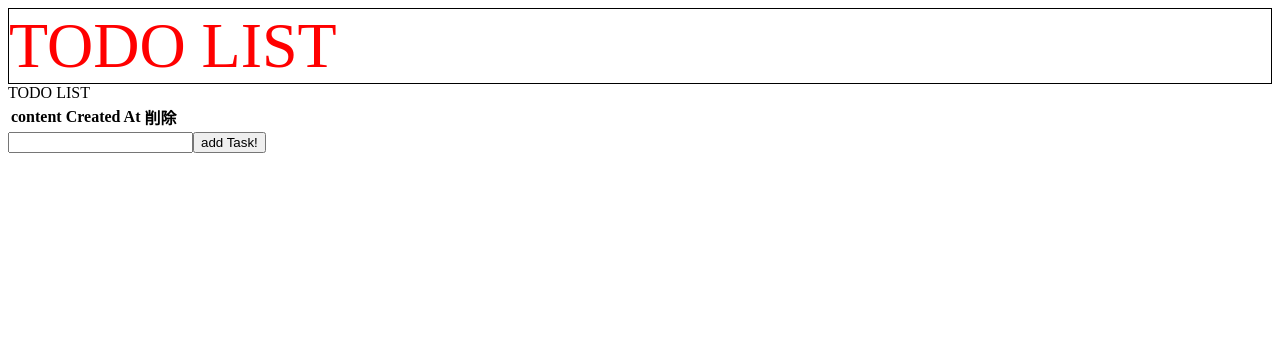
Repository: WistreHosshii/hacathon_todolList
Page: /
The author's editor kept a copy of each file at every save. The page is drawn from the files as they stood at one save, then again after the next save.
The browser window is 1280 px wide. The pictures show the whole page.
The page's requests for data from a server got no answer. The project was rebuilt for these pictures with package versions that can differ from the ones it lists, and the page was loaded fresh each time. No one was signed in, and anything a server would have sent is missing.

Above is the page before, as saved 2019-06-10 23:50:29.

After the next save:
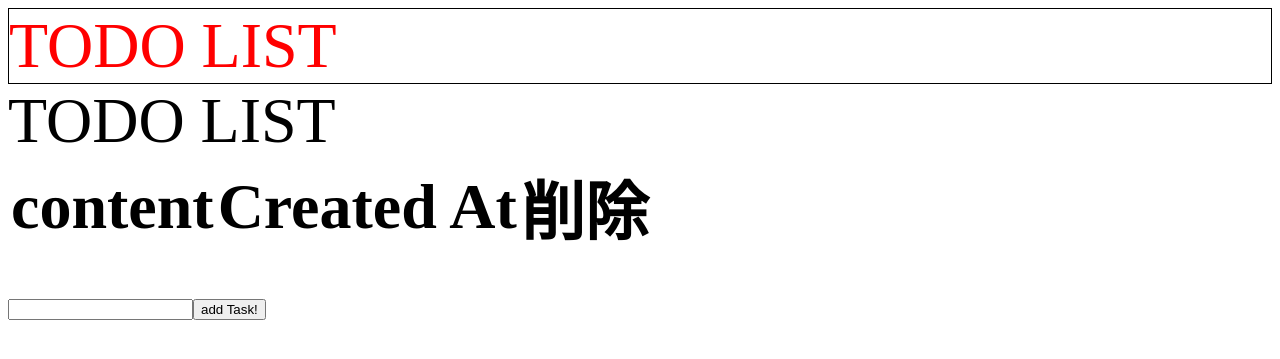
Saved 23 s later.
--- a/App.tsx
+++ b/App.tsx
@@ -9,6 +9,7 @@ const CustomizedText = styled.div`
 `;
 const Body = styled.div`
   width: 100%;
+  font-size: 4rem;
 `;
 interface Props {}
 interface State {
